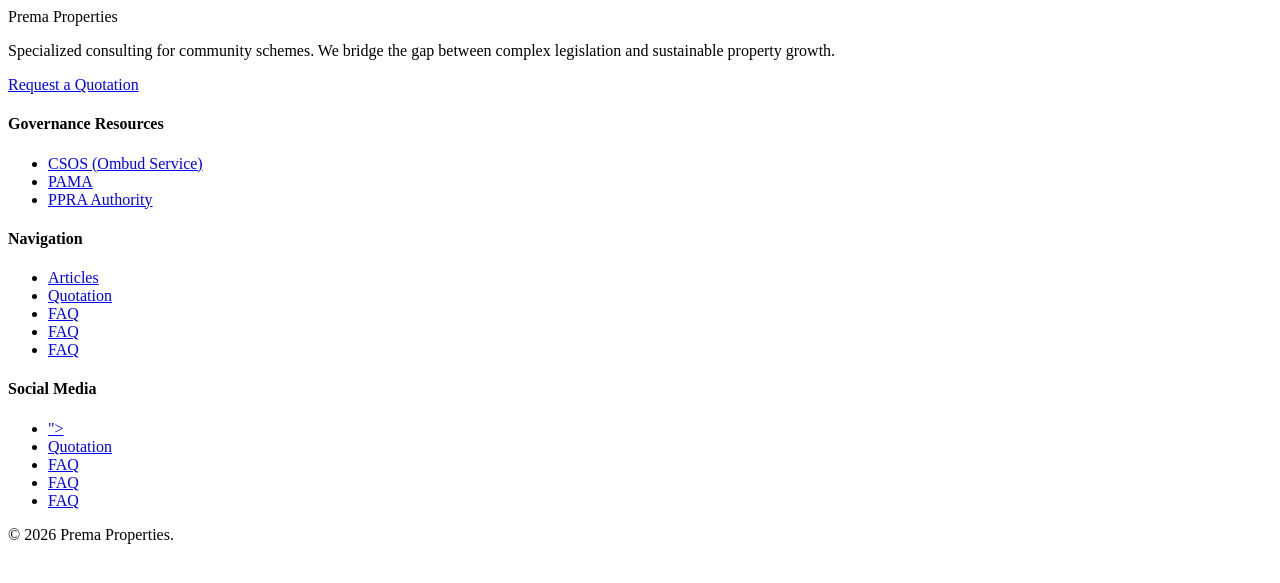
Repository: mnqobiMenzi/Prema-Properties
Page: footer.html
An editor plug-in stored every save of this project. The page is shown before and after the next save, followed by the edit.
The browser window is 1280 px wide. The pictures show the whole page.

Above is the page before, as saved 2026-02-10 12:15:35.

### footer.html
<!DOCTYPE html>
<html lang="en">
<head>
    <meta charset="UTF-8">
    <meta name="viewport" content="width=device-width, initial-scale=1.0">
    <title>Document</title>
</head>
<body>
    <footer class="main-footer">
  <div class="container footer-grid">
    <div class="footer-column brand-info">
      <div class="logo">Prema Properties</div>
      <p>Specialized consulting for community schemes. We bridge the gap between complex legislation and sustainable property growth.</p>
      <a href="quote.html" class="footer-cta-btn">Request a Quotation</a>
    </div>

    <div class="footer-column">
      <h4>Governance Resources</h4>
      <ul>
        <li><a href="https://www.csos.org.za/" target="_blank">CSOS (Ombud Service)</a></li>
        <li><a href="https://www.pama.org.za/" target="_blank">PAMA</a></li>
        <li><a href="https://www.eaab.org.za/" target="_blank">PPRA Authority</a></li>
      </ul>
    </div>

    <div class="footer-column">
      <h4>Navigation</h4>
      <ul>
        <li><a href="articles.html">Articles</a></li>
        <li><a href="quote.html">Quotation</a></li>
        <li><a href="FAQ.html">FAQ</a></li>
        <li><a href="about-us.html">FAQ</a></li>
        <li><a href="contact-us.html">FAQ</a></li>
      </ul>
    </div>
     <div class="footer-column">
      <h4>Social Media</h4>
      <ul>
        <li><a href="#"><i class="fa fa-facebook" aria-hidden="true"></i>"></i></a></li>
        <li><a href="quote.html">Quotation</a></li>
        <li><a href="FAQ.html">FAQ</a></li>
        <li><a href="about-us.html">FAQ</a></li>
        <li><a href="contact-us.html">FAQ</a></li>
      </ul>
    </div>
  </div>
  <div class="footer-bottom">
    <div class="container"><p>&copy; 2026 Prema Properties.</p></div>
  </div>
</footer>
</body>
</html>

After the next save:
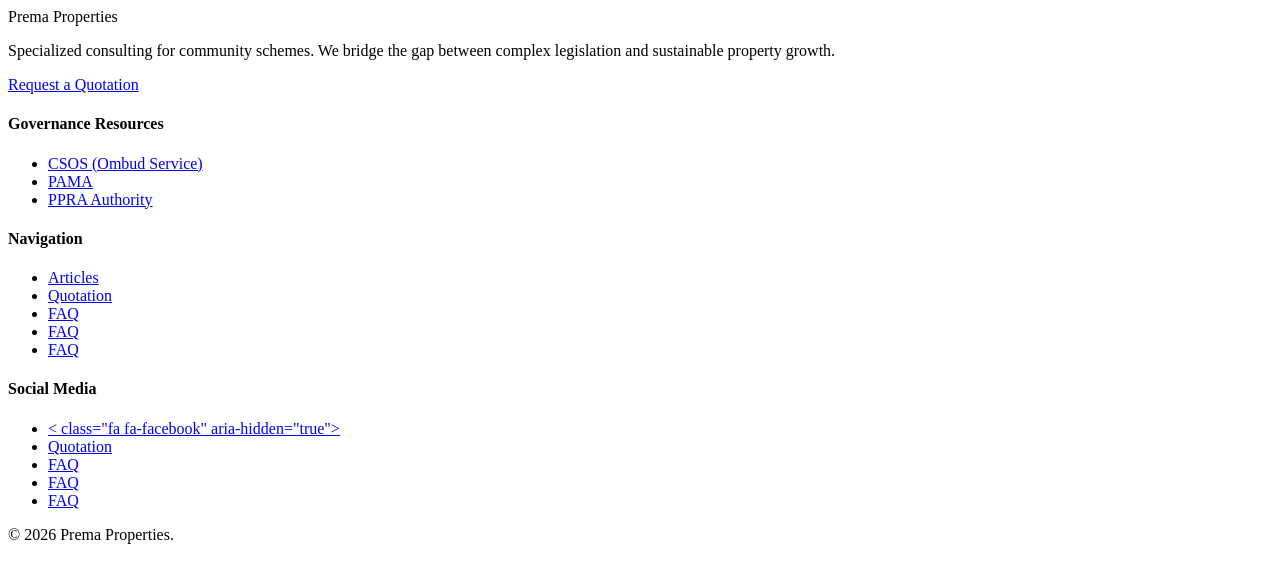
Saved 4 s later.
--- a/footer.html
+++ b/footer.html
@@ -36,7 +36,7 @@
      <div class="footer-column">
       <h4>Social Media</h4>
       <ul>
-        <li><a href="#"><i class="fa fa-facebook" aria-hidden="true"></i>"></i></a></li>
+        <li><a href="#">< class="fa fa-facebook" aria-hidden="true"></i></a></li>
         <li><a href="quote.html">Quotation</a></li>
         <li><a href="FAQ.html">FAQ</a></li>
         <li><a href="about-us.html">FAQ</a></li>

After the 2 saves that followed:
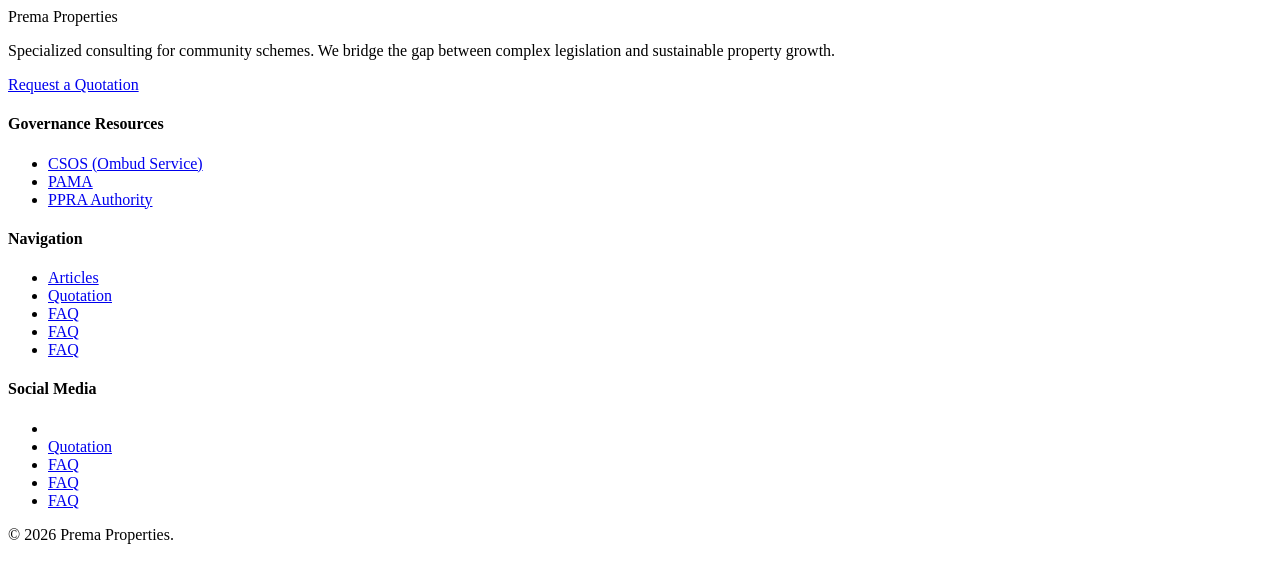
The 2 saves are shown as one change because they came seconds apart.
The last was saved 12 s later.
--- a/footer.html
+++ b/footer.html
@@ -36,7 +36,7 @@
      <div class="footer-column">
       <h4>Social Media</h4>
       <ul>
-        <li><a href="#">< class="fa fa-facebook" aria-hidden="true"></i></a></li>
+        <li><a href="#"><i class="fa fa-facebook" aria-hidden="true"></i></a></li>
         <li><a href="quote.html">Quotation</a></li>
         <li><a href="FAQ.html">FAQ</a></li>
         <li><a href="about-us.html">FAQ</a></li>
